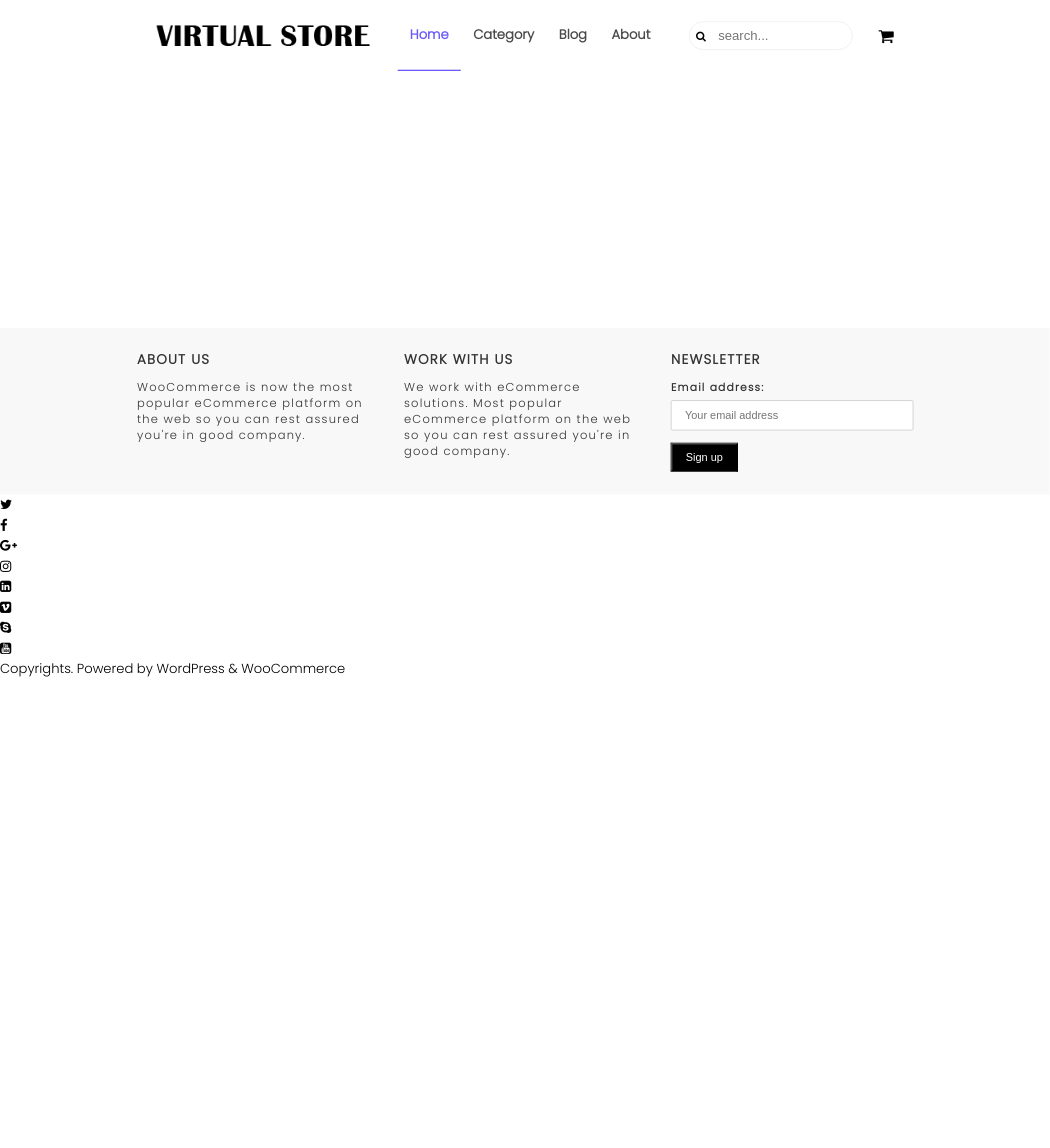
Repository: dungle03/tke_web_nhom_15
Page: index.html
These files come from the project's save history. The page is drawn as it stood at one moment and after the next save; the edit follows.
The browser window is 1280 px wide. The pictures show the whole page, at 82% of full size.

Above is the page before, as saved 2022-09-13 02:26:01.
Not found: resest.css

After the next save:
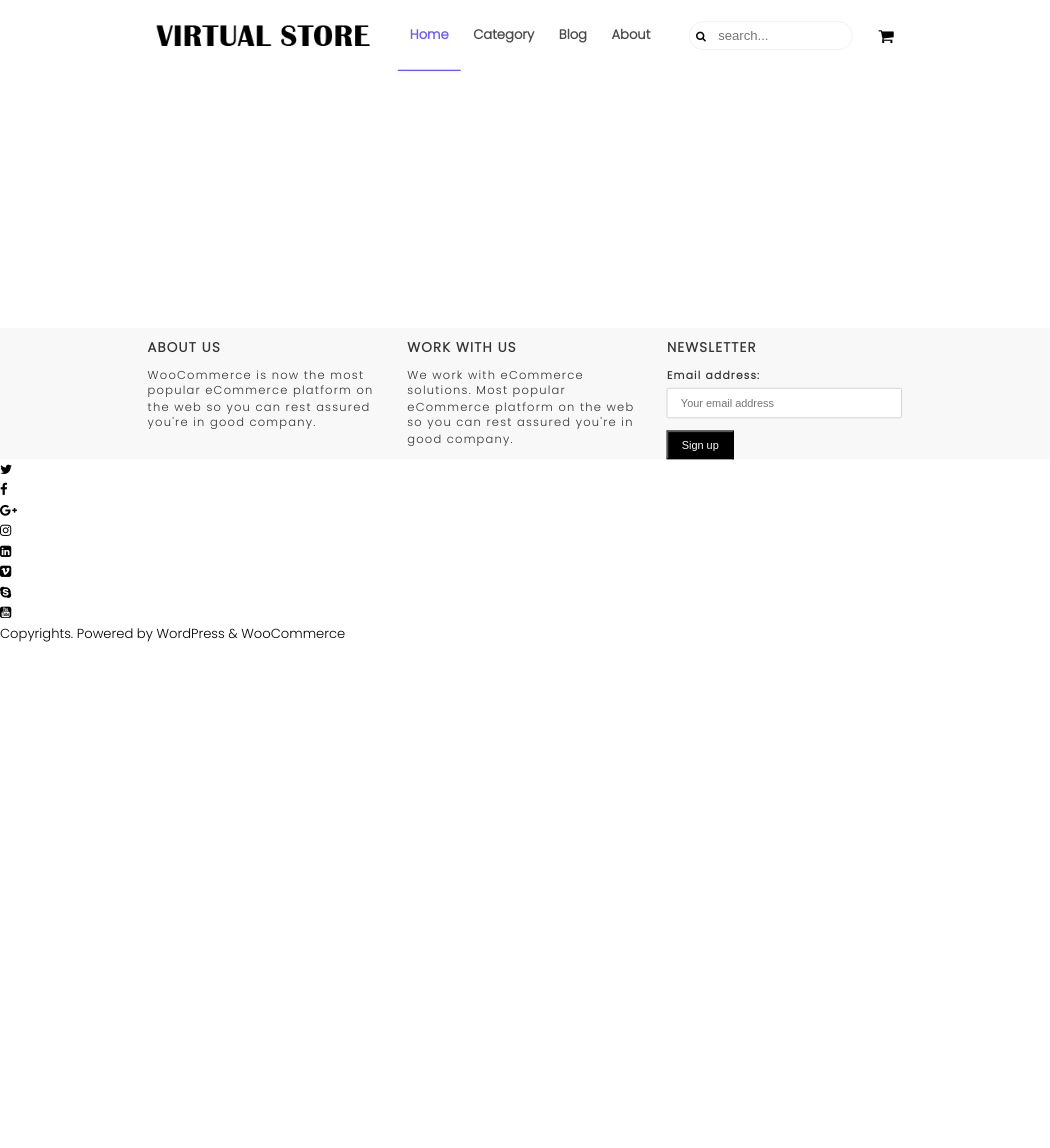
Saved 34 s later.
--- a/CSS/header.css
+++ b/CSS/header.css
@@ -128,6 +128,7 @@
 letter-spacing:1.5px;
 line-height:19.6px;
 padding:15px 1px 28px 2px;
+padding: 0 15px;
 }
 
 .main-foot .container{

After the save that followed:
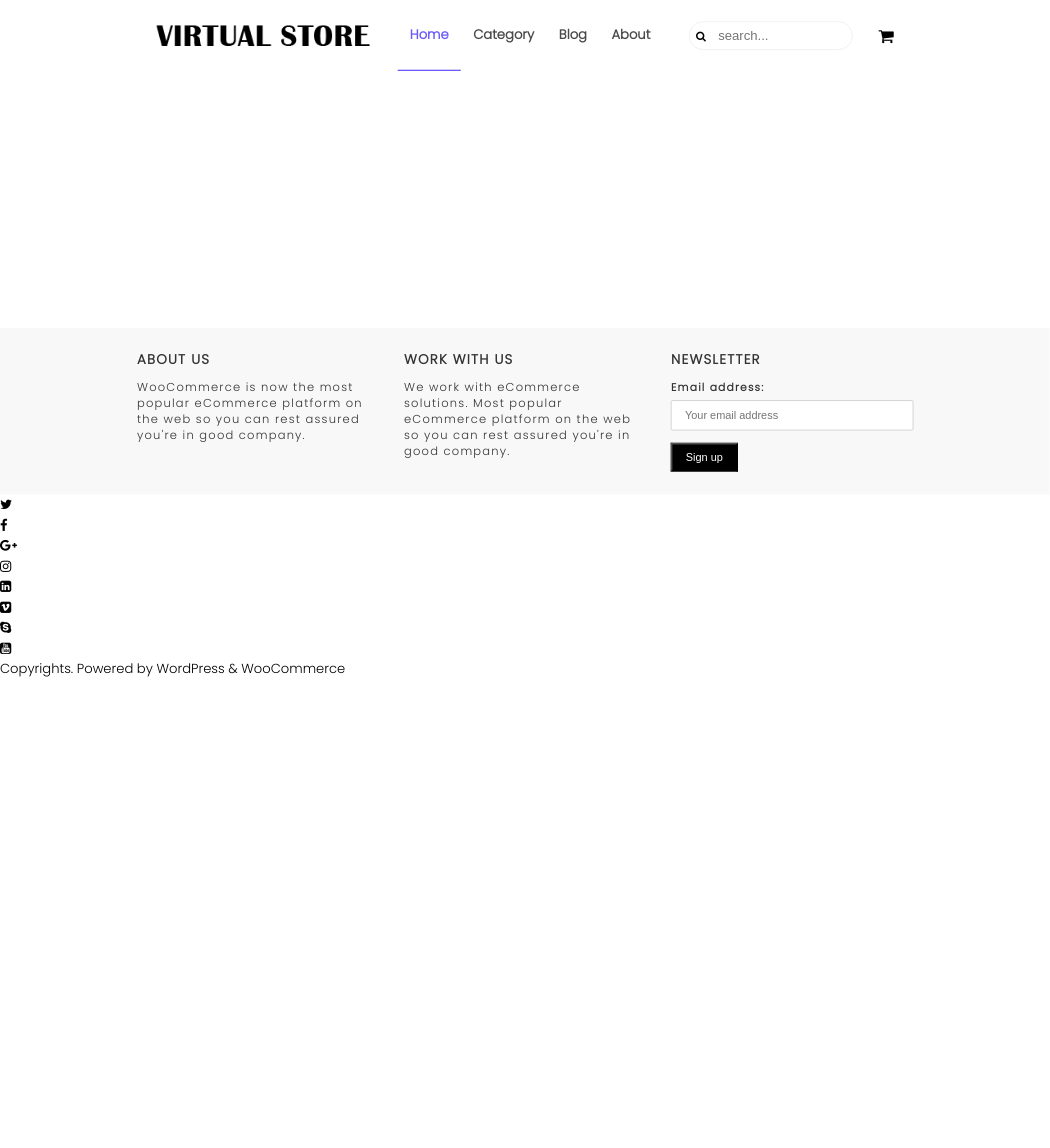
Saved 11 s later.
--- a/CSS/header.css
+++ b/CSS/header.css
@@ -128,7 +128,6 @@
 letter-spacing:1.5px;
 line-height:19.6px;
 padding:15px 1px 28px 2px;
-padding: 0 15px;
 }
 
 .main-foot .container{
